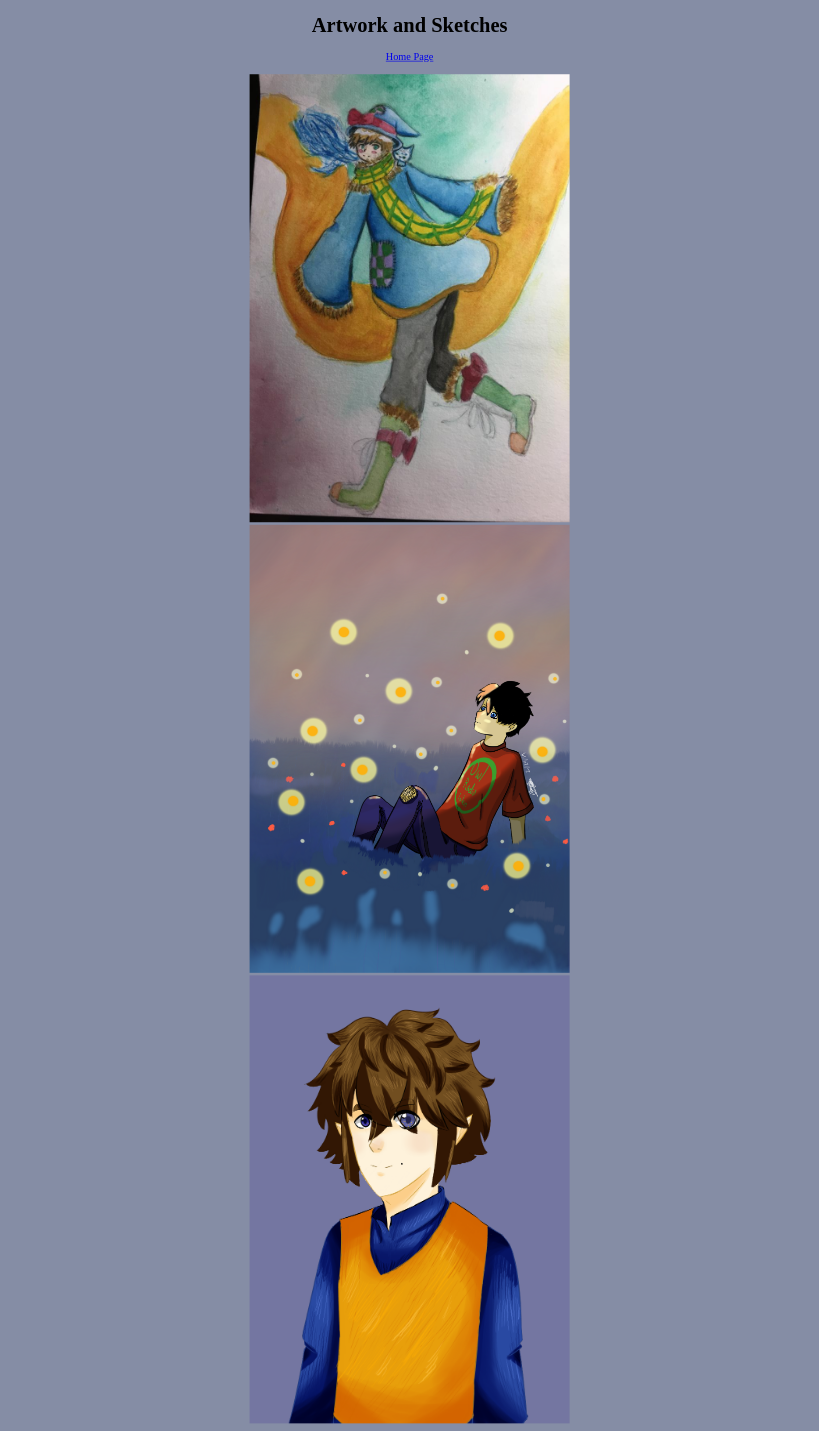
Repository: MaiJun21/MaiJun21.github.io
Page: drawings and artwork.html
The author's editor kept a record of every edit. The page is drawn from the files as they stood at one moment, then again after the next edit.
The browser window is 1280 px wide. The pictures show the whole page, at 64% of full size.

Above is the page before.

After the next edit:
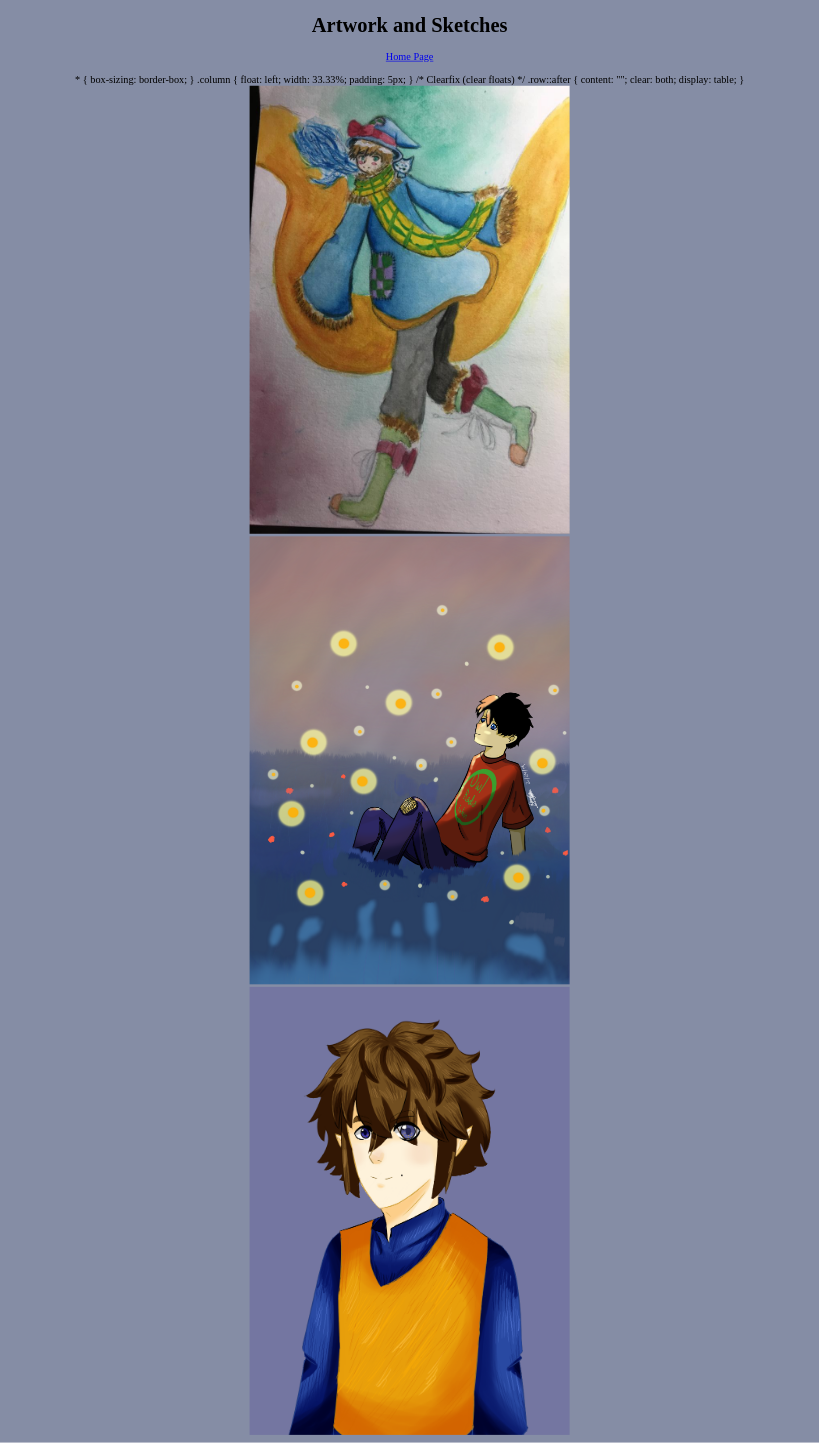
The edit:
--- a/drawings and artwork.html
+++ b/drawings and artwork.html
@@ -15,6 +15,26 @@
 <a href="index.html">Home Page</a>
 <br>
 <br>
+
+* {
+  box-sizing: border-box;
+}
+
+.column {
+  float: left;
+  width: 33.33%;
+  padding: 5px;
+}
+
+/* Clearfix (clear floats) */
+.row::after {
+  content: "";
+  clear: both;
+  display: table;
+}
+</style>
+</head>
+<body>
 
 <div class="row">
   <div class="column">
